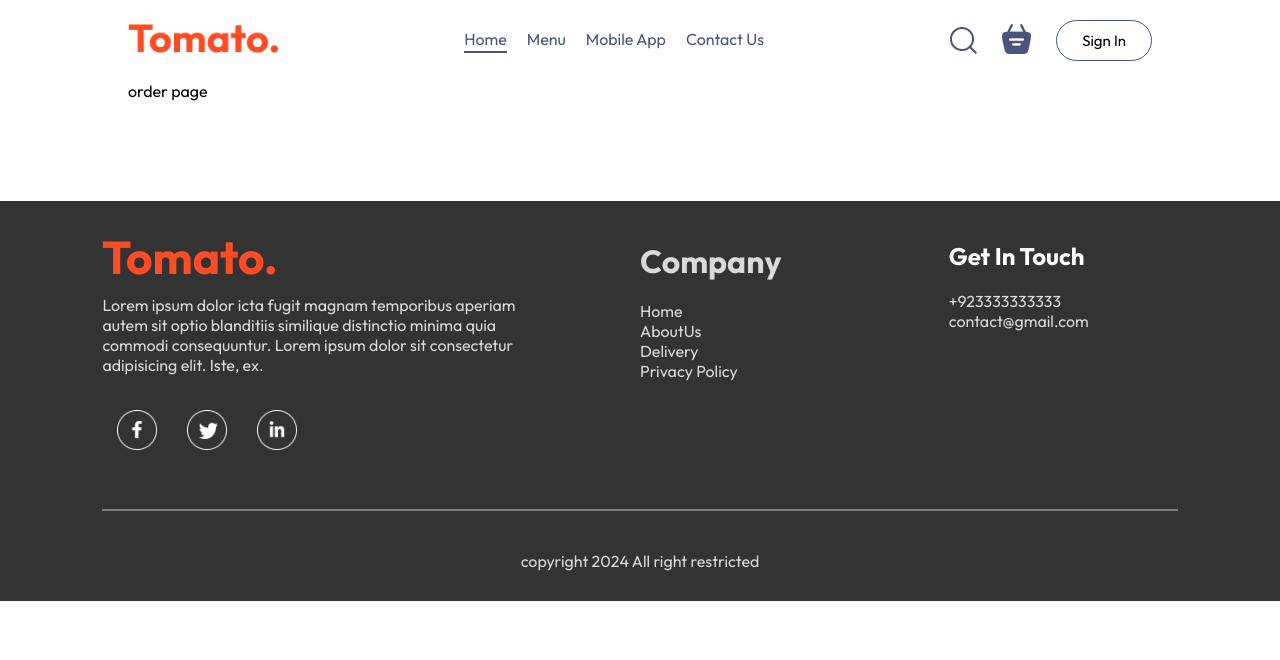
Repository: Attar786/Food-ordering-app
Page: /order (app in frontend/)
An editor plug-in stored every save of this project. The page is shown before and after the next save, followed by the edit.
The browser window is 1280 px wide. The pictures show the whole page.
The project was rebuilt for these pictures with package versions that can differ from the ones it lists, and the page was loaded fresh each time. Also part of the build but not shown: frontend/vite.config.js, frontend/src/components/Header/Header.css, frontend/src/components/Header/Header.jsx, frontend/src/components/ExploreMenu/ExploreMenu.css, frontend/src/components/ExploreMenu/ExploreMenu.jsx, frontend/src/components/FoodDisplay/FoodDisplay.css, frontend/src/components/FoodItem/FoodItem.css, frontend/src/components/FoodItem/FoodItem.jsx and 9 more.

Above is the page before, as saved 2024-07-30 20:26:00.

### frontend/src/main.jsx
import ReactDOM from 'react-dom/client'
import App from './App.jsx'
import './index.css'
import {BrowserRouter} from 'react-router-dom'
import StoreContextProvider from './context/StoreContext.jsx'
ReactDOM.createRoot(document.getElementById('root')).render(
<BrowserRouter>

<StoreContextProvider>
<App />
</StoreContextProvider>

    </BrowserRouter>
)

### frontend/src/App.jsx
import './index.css'
import Navbar from "./components/Navbar/Navbar"
import Home from './pages/Home/Home'
import Cart from './pages/Cart/Cart'
import PlaceOrder from './pages/PlaceOrder/PlaceOrder'
import { Route, Routes } from 'react-router-dom'
import Footer from './components/Footer/Footer'

import LoginPopup from './components/LoginPopup/LoginPopup'
import { useState } from 'react'
function App() {
  const [showLogin, setShowLogin] = useState(false);

  return (
    <>
  {showLogin?<LoginPopup setShowLogin={setShowLogin}/>:<></>}
  <div className='app'>
  <Navbar setShowLogin = {setShowLogin} />
<Routes>
<Route path='/' element={<Home/>}/>
<Route path='/cart' element={<Cart/>}/>
<Route path='/order' element={<PlaceOrder/>}/>
</Routes>
  </div>
  <Footer/>
    </>
  )
}

export default App

### frontend/src/index.css
@import url('https://fonts.googleapis.com/css2?family=Outfit:wght@100..900&display=swap');


*{
margin: 0;
padding: 0;
 box-sizing: border-box;
 font-family: outfit;
 scroll-behavior: smooth;
}
body{
height: 100vh;
}
a{
text-decoration: none;
color : inherit;
}
.app{
    width: 80%;
    margin: auto;
}
@keyframes fadeIn{
    0%{
        opacity: 0;
    }
    100%{
        opacity: 1;
    }
}

### frontend/src/context/StoreContext.jsx
import "./StoreContext.css";
import { createContext,useState } from "react";
import { food_list } from "../assets/assets"; // Ensure this path is correct and food_list is correctly exported

export const StoreContext = createContext(null);

const StoreContextProvider = (props) => {
  const [cartItems, setCartItems] = useState({});

  const addToCart = (itemId) => {
    if (!cartItems[itemId]) {
      setCartItems((prev) => ({ ...prev, [itemId]: 1 }));
    } else {
      setCartItems((prev) => ({ ...prev, [itemId]: prev[itemId] + 1 }));
    }
  };

  const removeFromCart = (itemId) => {
    setCartItems((prev) => {
      const newCount = prev[itemId] - 1;
      if (newCount <= 0) {
        const { [itemId]: _, ...rest } = prev;
        return rest;
      } else {
        return { ...prev, [itemId]: newCount };
      }
    });
  };

  const getTotalCartAmount = () => {
    let totalAmount = 0;
    for (const item in cartItems) {
      if (cartItems[item] > 0) {
        let itemInfo = food_list.find((product)=>product._id === item);
        totalAmount += itemInfo.price * cartItems[item];
      }
    }
    return totalAmount;
  }

  // useEffect(() => {
  //   console.log(cartItems);
  // }, [cartItems]);

  const contextValue = {
    food_list,
    cartItems,
    setCartItems,
    addToCart,
    removeFromCart,
    getTotalCartAmount
  };

  return (
    <StoreContext.Provider value={contextValue}>
      {props.children}
    </StoreContext.Provider>
  );
};

export default StoreContextProvider;

### frontend/src/components/Navbar/Navbar.jsx
import { useContext, useState } from 'react';
import './Navbar.css';
import { assets } from '../../assets/assets';
import { Link } from 'react-router-dom'
import { StoreContext } from '../../context/StoreContext';
const Navbar = ({setShowLogin}) => {
  const [menu, setMenu] = useState("home");
  const { getTotalCartAmount}= useContext(StoreContext);
  const handleMenuClick = (menuItem) => {
    setMenu(menuItem);
  };

  return (
<>
<div className="navbar">
    <Link to='/'> <img src={assets.logo} alt="Logo" className="logo" /></Link>
      <ul className="navbar-menu">
        <Link to='/' onClick={() => handleMenuClick("home")} className={menu === "home" ? "active" : ""}>Home</Link>
        <a href='#explore-menu' onClick={() => handleMenuClick("menu")} className={menu === "menu" ? "active" : ""}>Menu</a>
        <a href='#app-download' onClick={() => handleMenuClick("mobile-app")} className={menu === "mobile-app" ? "active" : ""}>Mobile App</a>
        <a href='#footer' onClick={() => handleMenuClick("contact-us")} className={menu === "contact-us" ? "active" : ""}>Contact Us</a>
      </ul>
      <div className="navbar-right">
        <img src={assets.search_icon} alt="search-icon" />
        <div>
         <Link to='/cart'> <img src={assets.basket_icon} alt="icons" /></Link>
          <div className={getTotalCartAmount()===0?"":"dot" }></div>
        </div>
        <button onClick={()=>setShowLogin(true)} >Sign In</button>

      </div>

    </div>

</>
  );
}


export default Navbar;

### frontend/src/pages/PlaceOrder/PlaceOrder.jsx
import './PlaceOrder.css'
const PlaceOrder = () => {
  return (

<div>order page</div>
  )
}

export default PlaceOrder

### frontend/src/components/Footer/Footer.jsx
import "./Footer.css"
import { assets } from "../../assets/assets"
const Footer = () => {
  return (
    <div className="footer" id="footer">
<div className="footer-content">
    <div className="footer-content-left">
        <img src={assets.logo} alt="fsf" />
    <p>  Lorem ipsum dolor icta fugit magnam temporibus aperiam autem sit optio blanditiis similique distinctio minima quia commodi consequuntur. Lorem ipsum dolor sit consectetur adipisicing elit. Iste, ex.</p>
    <div className="footer-social-icons">
        <img src={assets.facebook_icon} alt="" />
        <img src={assets.twitter_icon} alt="" />
        <img src={assets.linkedin_icon} alt="" />
    </div>

    </div>
    <div className="footer-content-center">
    <h1>Company</h1>
        <ul>
        <li>Home</li>
        <li>AboutUs</li>
        <li>Delivery</li>
        <li>Privacy Policy</li>
        </ul>
    </div>
    <div className="footer-content-right">
        <h2>Get In Touch</h2>
        <ul>
            <li>
                +923333333333
            </li>
            <li>
                contact@gmail.com
            </li>
        </ul>
    </div>
</div>
<hr/>
<p className="footer-copyright">
copyright 2024 All right restricted
</p>

    </div>
  )
}

export default Footer

### frontend/src/assets/assets.js
import basket_icon from './basket_icon.png'
import logo from './logo.png'
import header_img from './header_img.png'
import search_icon from './search_icon.png'
import menu_1 from './menu_1.png'
import menu_2 from './menu_2.png'
import menu_3 from './menu_3.png'
import menu_4 from './menu_4.png'
import menu_5 from './menu_5.png'
import menu_6 from './menu_6.png'
import menu_7 from './menu_7.png'
import menu_8 from './menu_8.png'

import food_1 from './food_1.png'
import food_2 from './food_2.png'
import food_3 from './food_3.png'
import food_4 from './food_4.png'
import food_5 from './food_5.png'
import food_6 from './food_6.png'
import food_7 from './food_7.png'
import food_8 from './food_8.png'
import food_9 from './food_9.png'
import food_10 from './food_10.png'
import food_11 from './food_11.png'
import food_12 from './food_12.png'
import food_13 from './food_13.png'
import food_14 from './food_14.png'
import food_15 from './food_15.png'
import food_16 from './food_16.png'
import food_17 from './food_17.png'
import food_18 from './food_18.png'
import food_19 from './food_19.png'
import food_20 from './food_20.png'
import food_21 from './food_21.png'
import food_22 from './food_22.png'
import food_23 from './food_23.png'
import food_24 from './food_24.png'
import food_25 from './food_25.png'
import food_26 from './food_26.png'
import food_27 from './food_27.png'
import food_28 from './food_28.png'
import food_29 from './food_29.png'
import food_30 from './food_30.png'
import food_31 from './food_31.png'
import food_32 from './food_32.png'

import add_icon_white from './add_icon_white.png'
import add_icon_green from './add_icon_green.png'
import remove_icon_red from './remove_icon_red.png'
import app_store from './app_store.png'
import play_store from './play_store.png'
import linkedin_icon from './linkedin_icon.png'
import facebook_icon from './facebook_icon.png'
import twitter_icon from './twitter_icon.png'
import cross_icon from './cross_icon.png'
import selector_icon from './selector_icon.png'
import rating_starts from './rating_starts.png'
import profile_icon from './profile_icon.png'
import bag_icon from './bag_icon.png'
import logout_icon from './logout_icon.png'
import parcel_icon from './parcel_icon.png'

export const assets = {
    logo,
    basket_icon,
    header_img,
    search_icon,
    rating_starts,
    add_icon_green,
    add_icon_white,
    remove_icon_red,
    app_store,
    play_store,
    linkedin_icon,
    facebook_icon,
    twitter_icon,
    cross_icon,
    selector_icon,
    profile_icon,
    logout_icon,
    bag_icon,
    parcel_icon
}

export const menu_list = [
    {
        menu_name: "Salad",
        menu_image: menu_1
    },
    {
        menu_name: "Rolls",
        menu_image: menu_2
    },
    {
        menu_name: "Deserts",
        menu_image: menu_3
    },
    {
        menu_name: "Sandwich",
        menu_image: menu_4
    },
    {
        menu_name: "Cake",
        menu_image: menu_5
    },
    {
        menu_name: "Pure Veg",
        menu_image: menu_6
    },
    {
        menu_name: "Pasta",
        menu_image: menu_7
    },
    {
        menu_name: "Noodles",
        menu_image: menu_8
    }]

export const food_list = [
    {
        _id: "1",
        name: "Greek salad",
        image: food_1,
        price: 120,
        description: "Food provides essential nutrients for overall health and well-being",
        category: "Salad"
    },
    {
        _id: "2",
        name: "Veg salad",
        image: food_2,
        price: 180,
        description: "Food provides essential nutrients for overall health and well-being",
        category: "Salad"
    }, {
        _id: "3",
        name: "Clover Salad",
        image: food_3,
        price: 160,
        description: "Food provides essential nutrients for overall health and well-being",
        category: "Salad"
    }, {
        _id: "4",
        name: "Chicken Salad",
        image: food_4,
        price: 240,
        description: "Food provides essential nutrients for overall health and well-being",
        category: "Salad"
    }, {
        _id: "5",
        name: "Lasagna Rolls",
        image: food_5,
        price: 350,
        description: "Food provides essential nutrients for overall health and well-being",
        category: "Rolls"
    }, {
        _id: "6",
        name: "Peri Peri Rolls",
        image: food_6,
        price: 400,
        description: "Food provides essential nutrients for overall health and well-being",
        category: "Rolls"
    }, {
        _id: "7",
        name: "Chicken Rolls",
        image: food_7,
        price: 600,
        description: "Food provides essential nutrients for overall health and well-being",
        category: "Rolls"
    }, {
        _id: "8",
        name: "Veg Rolls",
        image: food_8,
        price: 250,
        description: "Food provides essential nutrients for overall health and well-being",
        category: "Rolls"
    }, {
        _id: "9",
        name: "Ripple Ice Cream",
        image: food_9,
        price: 400,
        description: "Food provides essential nutrients for overall health and well-being",
        category: "Deserts"
    }, {
        _id: "10",
        name: "Fruit Ice Cream",
        image: food_10,
        price: 450,
        description: "Food provides essential nutrients for overall health and well-being",
        category: "Deserts"
    }, {
        _id: "11",
        name: "Jar Ice Cream",
        image: food_11,
        price: 1000,
        description: "Food provides essential nutrients for overall health and well-being",
        category: "Deserts"
    }, {
        _id: "12",
        name: "Vanilla Ice Cream",
        image: food_12,
        price: 700,
        description: "Food provides essential nutrients for overall health and well-being",
        category: "Deserts"
    },
    {
        _id: "13",
        name: "Chicken Sandwich",
        image: food_13,
        price: 580,
        description: "Food provides essential nutrients for overall health and well-being",
        category: "Sandwich"
    },
    {
        _id: "14",
        name: "Vegan Sandwich",
        image: food_14,
        price: 400,
        description: "Food provides essential nutrients for overall health and well-being",
        category: "Sandwich"
    }, {
        _id: "15",
        name: "Grilled Sandwich",
        image: food_15,
        price: 900,
        description: "Food provides essential nutrients for overall health and well-being",
        category: "Sandwich"
    }, {
        _id: "16",
        name: "Bread Sandwich",
        image: food_16,
        price: 700,
        description: "Food provides essential nutrients for overall health and well-being",
        category: "Sandwich"
    }, {
        _id: "17",
        name: "Cup Cake",
        image: food_17,
        price: 300,
        description: "Food provides essential nutrients for overall health and well-being",
        category: "Cake"
    }, {
        _id: "18",
        name: "Vegan Cake",
        image: food_18,
        price: 400,
        description: "Food provides essential nutrients for overall health and well-being",
        category: "Cake"
    }, {
        _id: "19",
        name: "Butterscotch Cake",
        image: food_19,
        price: 350,
        description: "Food provides essential nutrients for overall health and well-being",
        category: "Cake"
    }, {
        _id: "20",
        name: "Sliced Cake",
        image: food_20,
        price: 450,
        description: "Food provides essential nutrients for overall health and well-being",
        category: "Cake"
    }, {
        _id: "21",
        name: "Garlic Mushroom ",
        image: food_21,
        price:650,
        description: "Food provides essential nutrients for overall health and well-being",
        category: "Pure Veg"
    }, {
        _id: "22",
        name: "Fried Cauliflower",
        image: food_22,
        price: 800,
        description: "Food provides essential nutrients for overall health and well-being",
        category: "Pure Veg"
    }, {
        _id: "23",
        name: "Mix Veg Pulao",
        image: food_23,
        price: 900,
        description: "Food provides essential nutrients for overall health and well-being",
        category: "Pure Veg"
    }, {
        _id: "24",
        name: "Rice Zucchini",
        image: food_24,
        price: 650,
        description: "Food provides essential nutrients for overall health and well-being",
        category: "Pure Veg"
    },
    {
        _id: "25",
        name: "Cheese Pasta",
        image: food_25,
        price: 1050,
        description: "Food provides essential nutrients for overall health and well-being",
        category: "Pasta"
    },
    {
        _id: "26",
        name: "Tomato Pasta",
        image: food_26,
        price: 950,
        description: "Food provides essential nutrients for overall health and well-being",
        category: "Pasta"
    }, {
        _id: "27",
        name: "Creamy Pasta",
        image: food_27,
        price: 799,
        description: "Food provides essential nutrients for overall health and well-being",
        category: "Pasta"
    }, {
        _id: "28",
        name: "Chicken Pasta",
        image: food_28,
        price: 950,
        description: "Food provides essential nutrients for overall health and well-being",
        category: "Pasta"
    }, {
        _id: "29",
        name: "Buttter Noodles",
        image: food_29,
        price: 350,
        description: "Food provides essential nutrients for overall health and well-being",
        category: "Noodles"
    }, {
        _id: "30",
        name: "Veg Noodles",
        image: food_30,
        price: 250,
        description: "Food provides essential nutrients for overall health and well-being",
        category: "Noodles"
    }, {
        _id: "31",
        name: "Somen Noodles",
        image: food_31,
        price: 300,
        description: "Food provides essential nutrients for overall health and well-being",
        category: "Noodles"
    }, {
        _id: "32",
        name: "Cooked Noodles",
        image: food_32,
        price: 350,
        description: "Food provides essential nutrients for overall health and well-being",
        category: "Noodles"
    }
]

### frontend/src/components/Navbar/Navbar.css
.navbar{
    padding: 20px 0;
    display: flex;
    justify-content: space-between;
    align-items: center;
}
.navbar .logo{
    width: 150px;
}
.navbar-menu{
    display: flex;
    list-style: none;
    gap: 20px;
    font: 18px;
    color: #49557e;
    cursor: pointer;
}
.navbar-right{
    display: flex;
    align-items: center;
    gap: 25px;

}
.navbar button{
    font-size: 15px;
    border: 1px solid #49557e;
    background: transparent;
    padding: 10px 25px;
    cursor: pointer;
    border-radius: 40px;
    transition: 0.3s;
}
.navbar button:hover{
    background-color: #fff4f2;
}
.navbar .navbar-menu .active{
    padding-bottom: 2px;
    border-bottom: 2px solid #49557e;

}
.search-icon{
    position: relative;
}
/* .search-icon .dot{ */
    /* position: absolute;
    top: -5px;
    right: -5px;
    width: 10px;
    height: 10px;
    background-color: blue;
    border-radius: 50%;
} */
.dot {
    position: absolute;
    top: 17px; /* Adjust as needed */
    right: 268px; /* Adjust as needed */
    width: 10px;
    height: 10px;
    background-color: tomato;
    border-radius: 50%;}

    @media (max-width: 1050px)
    {
        .navbar .logo{
            width: 140px;
        }
        .navbar-menu{
            gap: 20px;
            font-size: 17px;
        }
        .nav-right {
            gap: 30px;
        };
        .navbar-right img{
            width: 22px;
        }
        .navbar-right button{
            padding: 8px 25px;
        };

    }

    @media (max-width: 900px)
    {
        .navbar .logo{
            width: 100px;
        }
        .navbar-menu{
            gap: 10px;
            font-size: 16px;
        }
        .Nav-right {
            gap: 20px;
        }
        .navbar-right img{
            width: 17px;

        }
        .navbar-right button{
            padding: 7px 15px;
            font-size: 10px;
        }
    }

    @media (max-width: 750px)
    {

        .navbar-menu{
            display: none;;
        }
    }

### frontend/src/components/Footer/Footer.css
.footer {
    color: #d9d9d9;
    background-color: hsl(0, 0%, 20%);
    display: flex;
    flex-direction: column;
    align-items: center;
    gap: 20px;
    padding: 30px 8vw; /* Fixed padding syntax */
    padding-top: 40px;
    margin-top: 100px;
}

.footer-content {
    width: 100%;
    display: grid;
    grid-template-columns: 2fr 1fr 1fr;
    gap: 80px;
}

.footer-content-left, .footer-content-center, .footer-content-right {
    display: flex;
    flex-direction: column;
    align-items: start;
    gap: 20px;
}

.footer-content-left li, .footer-content-center li, .footer-content-right li {
    list-style: none;
    cursor: pointer;
}
.footer-content-center h2, .footer-content-right h2 {
    color: white;
}
.footer-social-icons img {
width: 40px;
margin: 15px;
}
.footer-social-icons img:hover {
    width: 40px;
    margin: 15px;
    }
.footer hr{
    width: 100%;
    height: 2px;
    margin: 20px 0;
    background-color : gray;
    border: none;
}
@media (max-width: 1050px) {
    .footer-content{
        display: flex;
        flex-direction:column;
        gap: 35px;
    }
    .footer-copyright{
        text-align: center;
}
}

Loaded but not shown: frontend/index.html (common file); frontend/src/context/StoreContext.css (no stored copy; drawn as an empty file); frontend/src/pages/Home/Home.css (no stored copy; drawn as an empty file)

After the next save:
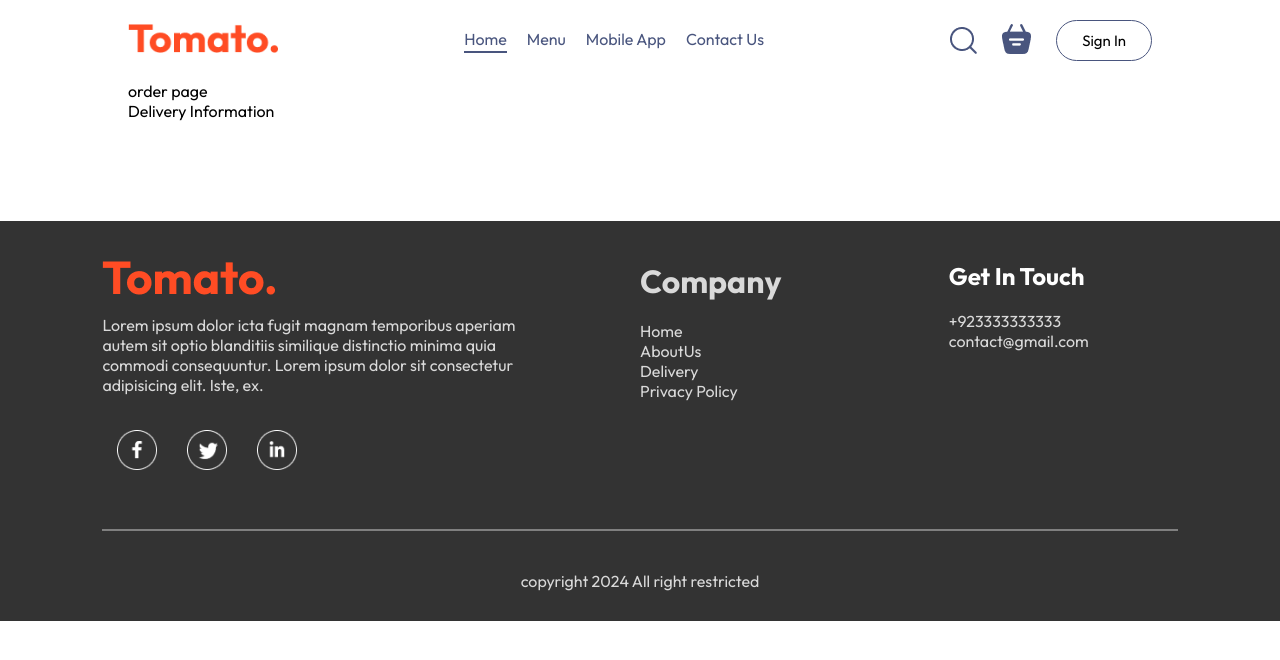
Saved 2 min 4 s later.
--- a/frontend/src/pages/PlaceOrder/PlaceOrder.jsx
+++ b/frontend/src/pages/PlaceOrder/PlaceOrder.jsx
@@ -2,7 +2,12 @@ import './PlaceOrder.css'
 const PlaceOrder = () => {
   return (
 
-<div>order page</div>
+<form>order page
+
+  <div className="place-order-left">
+    <p className="title">Delivery Information</p>
+    </div>
+</form>
   )
 }
 
